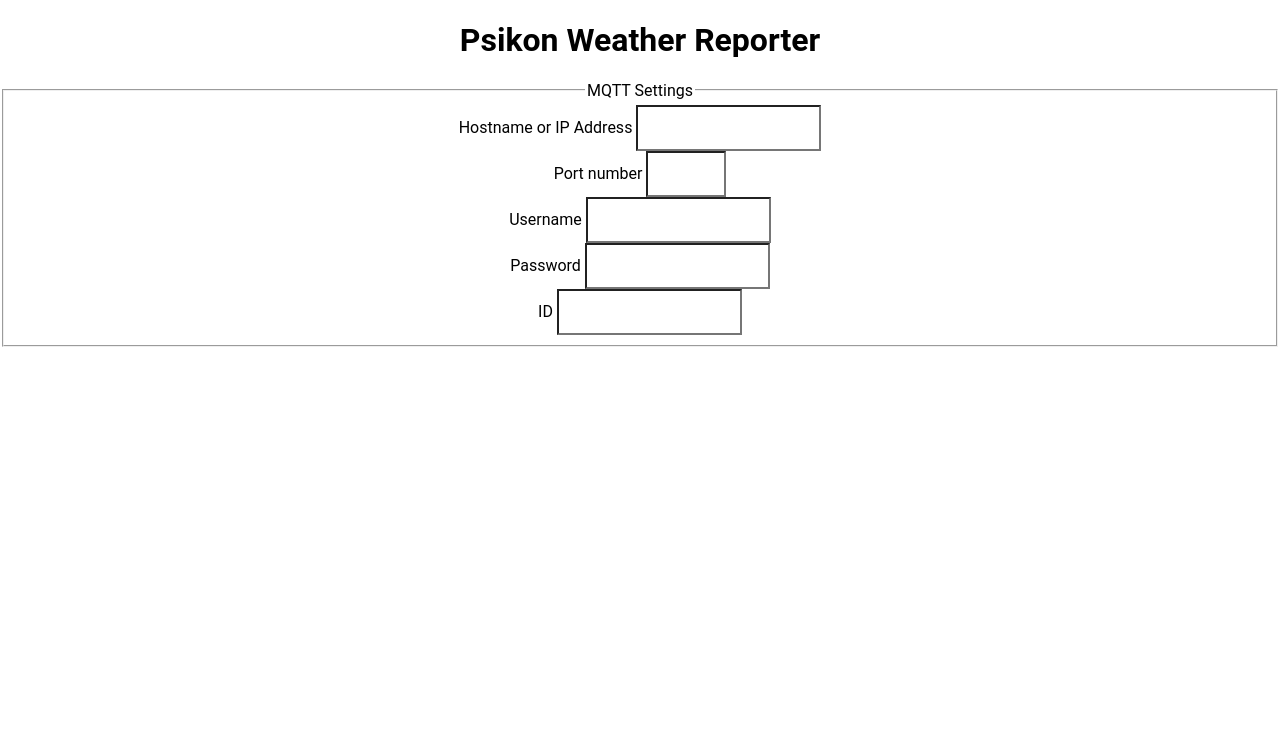
Repository: alex-dow/psikon-weather-station
Page: data/index.html
These files come from the project's save history. The page is drawn as it stood at one moment and after the next save; the edit follows.
The browser window is 1280 px wide. The pictures show the whole page.

Above is the page before, as saved 2021-12-09 22:27:24.

### data/index.html
<!DOCTYPE html>
<html>
<head>
  <meta charset='utf-8'>
  <meta http-equiv='X-UA-Compatible' content='IE=edge'>
  <title>Psikon Weather Reporter</title>
  <meta name='viewport' content='width=device-width, initial-scale=1'>
  <style>
    html,body {
      margin: 0;
      width: 100%;
      height: 100%;
      text-align: center;
      font-family: 'Roboto', sans-serif;
    }

    input
    {
      border-radius: 0px;
      height: 40px;
    }
  </style>
</head>
<body>
  <h1>Psikon Weather Reporter</h1>
  <form>
    <fieldset>
      <legend>MQTT Settings</legend>

      <label for="mqtt_host">Hostname or IP Address</label>
      <input id="mqtt_host"/><br/>
      <label for="mqtt_port">Port number</label>
      <input id="mqtt_port" type="number" min="0" max="65536"/><br/>
      <label for="mqtt_username">Username</label>
      <input id="mqtt_username"/><br/>
      <label id="mqtt_password">Password</label>
      <input id="mqtt_password"/><br/>
      <label for="mqtt_id">ID</label>
      <input id="mqtt_id" /><br/>
    </fieldset>
  </form>
</body>
</html>

After the next save:
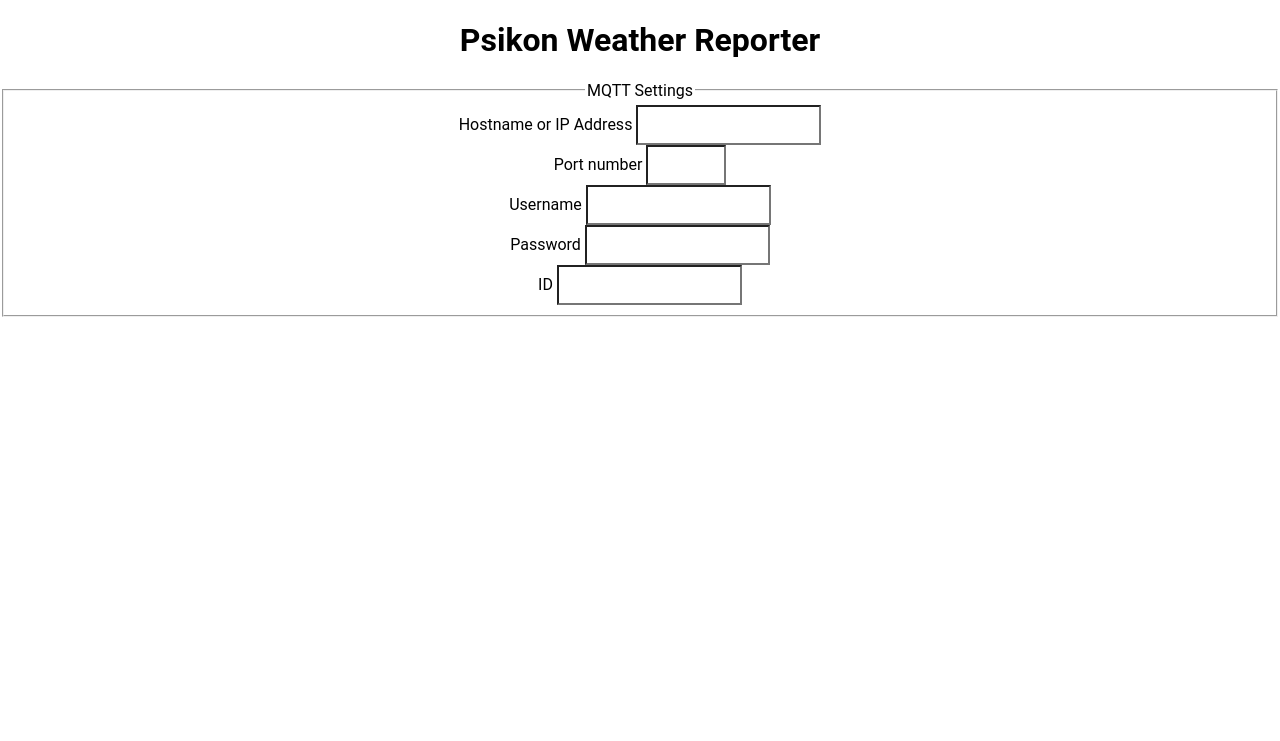
Saved 2 min 17 s later.
--- a/data/index.html
+++ b/data/index.html
@@ -13,6 +13,8 @@
       text-align: center;
       font-family: 'Roboto', sans-serif;
     }
+
+    * {box-sizing:border-box;}
 
     input
     {
